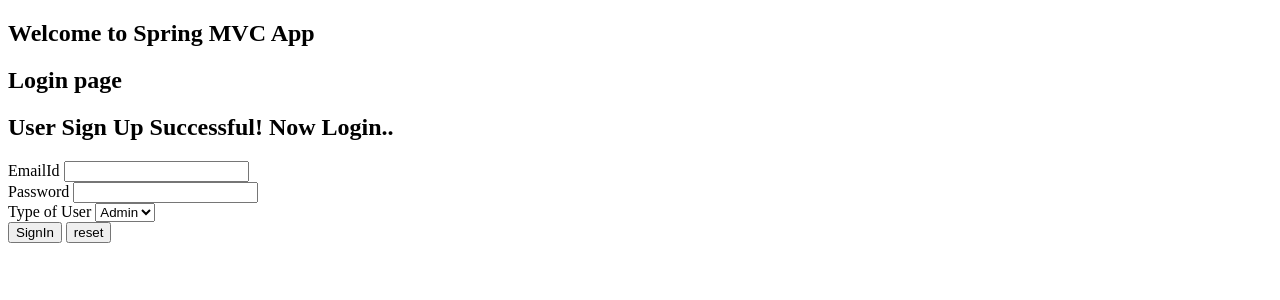
Repository: Prieena/cgi_java_training
Page: http://localhost/LoginApp_Assignment2/usersignup.jsp
These files come from the project's save history. The page is drawn as it stood at one moment and after the next save; the edit follows.
The browser window is 1280 px wide. The pictures show the whole page.
The page is served by Tomcat 9. Other server files are loaded and not shown.

Above is the page before, as saved 2024-09-27 13:43:45.

### spring-mvc/LoginApp_Assignment2/src/main/webapp/usersignup.jsp
<%@ page language="java" contentType="text/html; charset=UTF-8"
    pageEncoding="UTF-8"%>
<!DOCTYPE html>
<html>
<head>
<meta charset="UTF-8">
<title>Insert title here</title>
</head>
<body>
	<h2>Welcome to Spring MVC App </h2>
	<h2>Login page</h2>
	<h2>User Sign Up Successful! Now Login..</h2>
	<form action="loginuser" method="post">
	<label>EmailId</label>
	<input type="email" name="emailid"/><br/>
	<label>Password</label>
	<input type="password" name="password"/><br/>
	<label>Type of User</label>
	<select name="typeofuser">
		<option value="admin">Admin</option>
		<option value="user">User</option>
	</select><br/>
	<input type="submit" value="SignIn"/>
	<input type="reset" value="reset"/>
	</form>
</body>
</html>

After the next save:
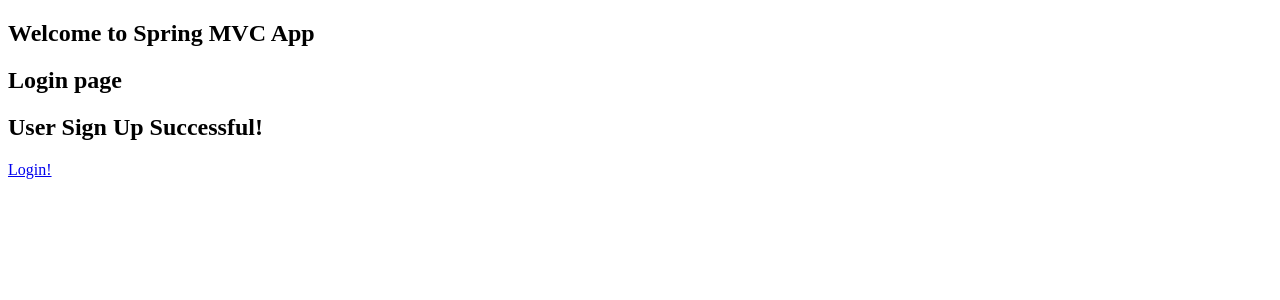
Saved 82 s later.
--- a/spring-mvc/LoginApp_Assignment2/src/main/webapp/usersignup.jsp
+++ b/spring-mvc/LoginApp_Assignment2/src/main/webapp/usersignup.jsp
@@ -9,19 +9,7 @@
 <body>
 	<h2>Welcome to Spring MVC App </h2>
 	<h2>Login page</h2>
-	<h2>User Sign Up Successful! Now Login..</h2>
-	<form action="loginuser" method="post">
-	<label>EmailId</label>
-	<input type="email" name="emailid"/><br/>
-	<label>Password</label>
-	<input type="password" name="password"/><br/>
-	<label>Type of User</label>
-	<select name="typeofuser">
-		<option value="admin">Admin</option>
-		<option value="user">User</option>
-	</select><br/>
-	<input type="submit" value="SignIn"/>
-	<input type="reset" value="reset"/>
-	</form>
+	<h2>User Sign Up Successful!</h2>
+	<a href="login">Login!</a>
 </body>
 </html>
